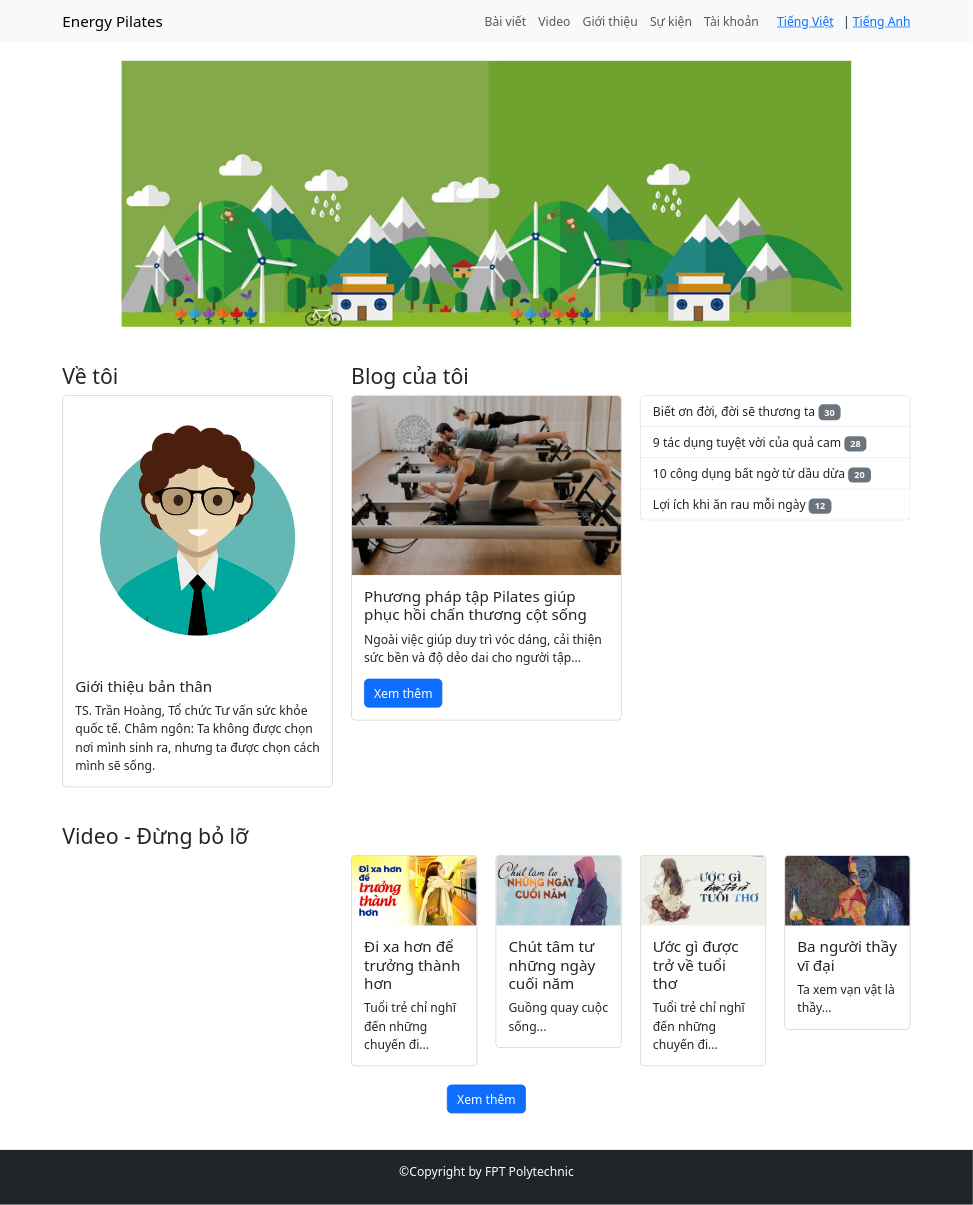
Repository: KizukoHeiwa/SOF308
Page: Lab3/index.html
The author's editor kept a copy of each file at every save. The page is drawn from the files as they stood at one save, then again after the next save.
The browser window is 1280 px wide. The pictures show the whole page, at 76% of full size.

Above is the page before, as saved 2024-11-07 11:13:51.

### Lab3/index.html
<!DOCTYPE html>
<html lang="en">
<head>
    <meta charset="UTF-8">
    <meta name="viewport" content="width=device-width, initial-scale=1.0">
    <title>FPT Polytechnic</title>
</head>
<link href="https://cdn.jsdelivr.net/npm/bootstrap@5.3.3/dist/css/bootstrap.min.css" rel="stylesheet">
<link rel="stylesheet" href="https://cdnjs.cloudflare.com/ajax/libs/font-awesome/6.0.0-beta3/css/all.min.css">
<script src="https://cdn.jsdelivr.net/npm/bootstrap@5.3.3/dist/js/bootstrap.bundle.min.js"></script>
<body>

    <!-- Navbar -->
    <nav class="navbar navbar-expand-lg navbar-light bg-light">
      <div class="container">
        <a class="navbar-brand" href="#">Energy Pilates</a>
        <button class="navbar-toggler" type="button" data-bs-toggle="collapse" data-bs-target="#navbarNav" aria-controls="navbarNav" aria-expanded="false" aria-label="Toggle navigation">
          <span class="navbar-toggler-icon"></span>
        </button>
        <div class="collapse navbar-collapse" id="navbarNav">
          <ul class="navbar-nav ms-auto">
            <li class="nav-item"><a class="nav-link" href="#">Bài viết</a></li>
            <li class="nav-item"><a class="nav-link" href="#">Video</a></li>
            <li class="nav-item"><a class="nav-link" href="#">Giới thiệu</a></li>
            <li class="nav-item"><a class="nav-link" href="#">Sự kiện</a></li>
            <li class="nav-item"><a class="nav-link" href="#">Tài khoản</a></li>
          </ul>
          <div class="ms-3">
            <a href="#" class="me-2">Tiếng Việt</a> | <a href="#">Tiếng Anh</a>
          </div>
        </div>
      </div>
    </nav>

    <!-- Banner -->
    <div class="container mt-4">
      <div class="row">
        <div class="col text-center">
          <img src="images/banner1.jpg" alt="Banner" class="img-fluid" style="max-height: 400px;">
        </div>
      </div>
    </div>

    <!-- About and Blog Section -->
    <div class="container my-5">
      <div class="row">
        <div class="col-md-4">
          <h3>Về tôi</h3>
          <div class="card">
            <img src="images/avatar.png" class="card-img-top" alt="Giới thiệu bản thân">
            <div class="card-body">
              <h5 class="card-title">Giới thiệu bản thân</h5>
              <p class="card-text">TS. Trần Hoàng, Tổ chức Tư vấn sức khỏe quốc tế. Châm ngôn: Ta không được chọn nơi mình sinh ra, nhưng ta được chọn cách mình sẽ sống.</p>
            </div>
          </div>
        </div>

        <div class="col-md-8">
          <h3>Blog của tôi</h3>
          <div class="row">
            <div class="col-md-6">
              <div class="card mb-3">
                <img src="images/tap-piltes.jpg" class="card-img-top" alt="Blog">
                <div class="card-body">
                  <h5 class="card-title">Phương pháp tập Pilates giúp phục hồi chấn thương cột sống</h5>
                  <p class="card-text">Ngoài việc giúp duy trì vóc dáng, cải thiện sức bền và độ dẻo dai cho người tập...</p>
                  <a href="#" class="btn btn-primary">Xem thêm</a>
                </div>
              </div>
            </div>
            <div class="col-md-6">
              <ul class="list-group">
                <li class="list-group-item">Biết ơn đời, đời sẽ thương ta <span class="badge bg-secondary">30</span></li>
                <li class="list-group-item">9 tác dụng tuyệt vời của quả cam <span class="badge bg-secondary">28</span></li>
                <li class="list-group-item">10 công dụng bất ngờ từ dầu dừa <span class="badge bg-secondary">20</span></li>
                <li class="list-group-item">Lợi ích khi ăn rau mỗi ngày <span class="badge bg-secondary">12</span></li>
              </ul>
            </div>
          </div>
        </div>
      </div>
    </div>

    <!-- Video Section -->
    <div class="container my-5">
      <h3>Video - Đừng bỏ lỡ</h3>
      <div class="row">
        <div class="col-4">

        </div>
        <div class="col-8">
            <div class="row">
                <div class="col-md-3">
                  <div class="card">
                    <img src="images/video1.jpg" class="card-img-top" alt="Video 1">
                    <div class="card-body">
                      <h5 class="card-title">Đi xa hơn để trưởng thành hơn</h5>
                      <p class="card-text">Tuổi trẻ chỉ nghĩ đến những chuyến đi...</p>
                    </div>
                  </div>
                </div>
                <div class="col-md-3">
                  <div class="card">
                    <img src="images/video2.jpg" class="card-img-top" alt="Video 2">
                    <div class="card-body">
                      <h5 class="card-title">Chút tâm tư những ngày cuối năm</h5>
                      <p class="card-text">Guồng quay cuộc sống...</p>
                    </div>
                  </div>
                </div>
                <div class="col-md-3">
                  <div class="card">
                    <img src="images/video3.jpg" class="card-img-top" alt="Video 3">
                    <div class="card-body">
                      <h5 class="card-title">Ước gì được trở về tuổi thơ</h5>
                      <p class="card-text">Tuổi trẻ chỉ nghĩ đến những chuyến đi...</p>
                    </div>
                  </div>
                </div>
                <div class="col-md-3">
                  <div class="card">
                    <img src="images/video4.jpg" class="card-img-top" alt="Video 4">
                    <div class="card-body">
                      <h5 class="card-title">Ba người thầy vĩ đại</h5>
                      <p class="card-text">Ta xem vạn vật là thầy...</p>
                    </div>
                  </div>
                </div>
            </div>
        </div>
      </div>
      <div class="text-center mt-4">
        <a href="#" class="btn btn-primary">Xem thêm</a>
      </div>
    </div>

    <!-- Footer -->
    <footer class="bg-dark text-white text-center py-3">
      <div class="container">
        <p>&copy;Copyright by FPT Polytechnic</p>
      </div>
    </footer>

    <script src="https://cdn.jsdelivr.net/npm/bootstrap@5.0.2/dist/js/bootstrap.bundle.min.js"></script>
    </body>
</html>

After the next save:
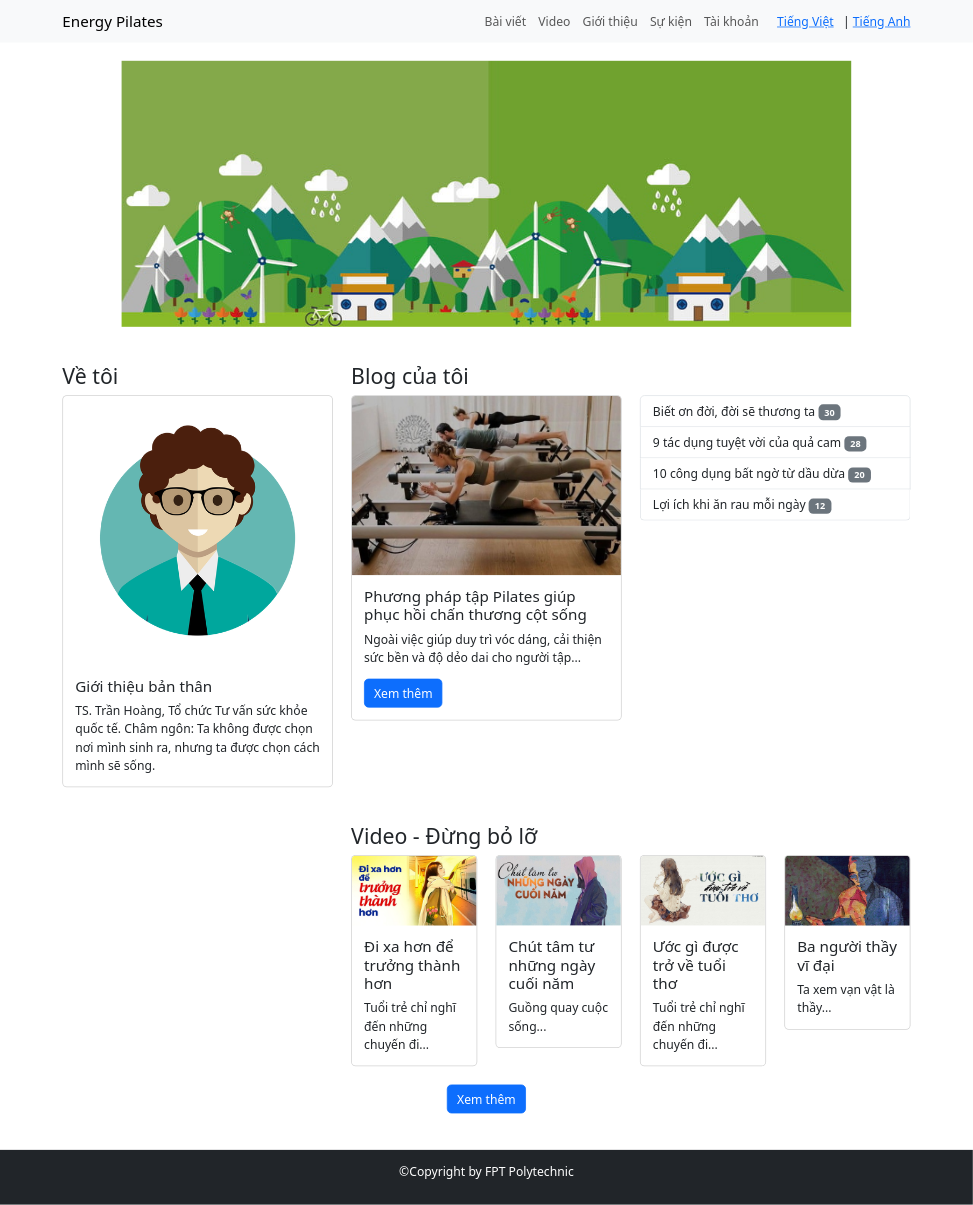
Saved 15 s later.
--- a/Lab3/index.html
+++ b/Lab3/index.html
@@ -83,13 +83,13 @@
 
     <!-- Video Section -->
     <div class="container my-5">
-      <h3>Video - Đừng bỏ lỡ</h3>
       <div class="row">
         <div class="col-4">
 
         </div>
         <div class="col-8">
             <div class="row">
+                <h3>Video - Đừng bỏ lỡ</h3>
                 <div class="col-md-3">
                   <div class="card">
                     <img src="images/video1.jpg" class="card-img-top" alt="Video 1">
